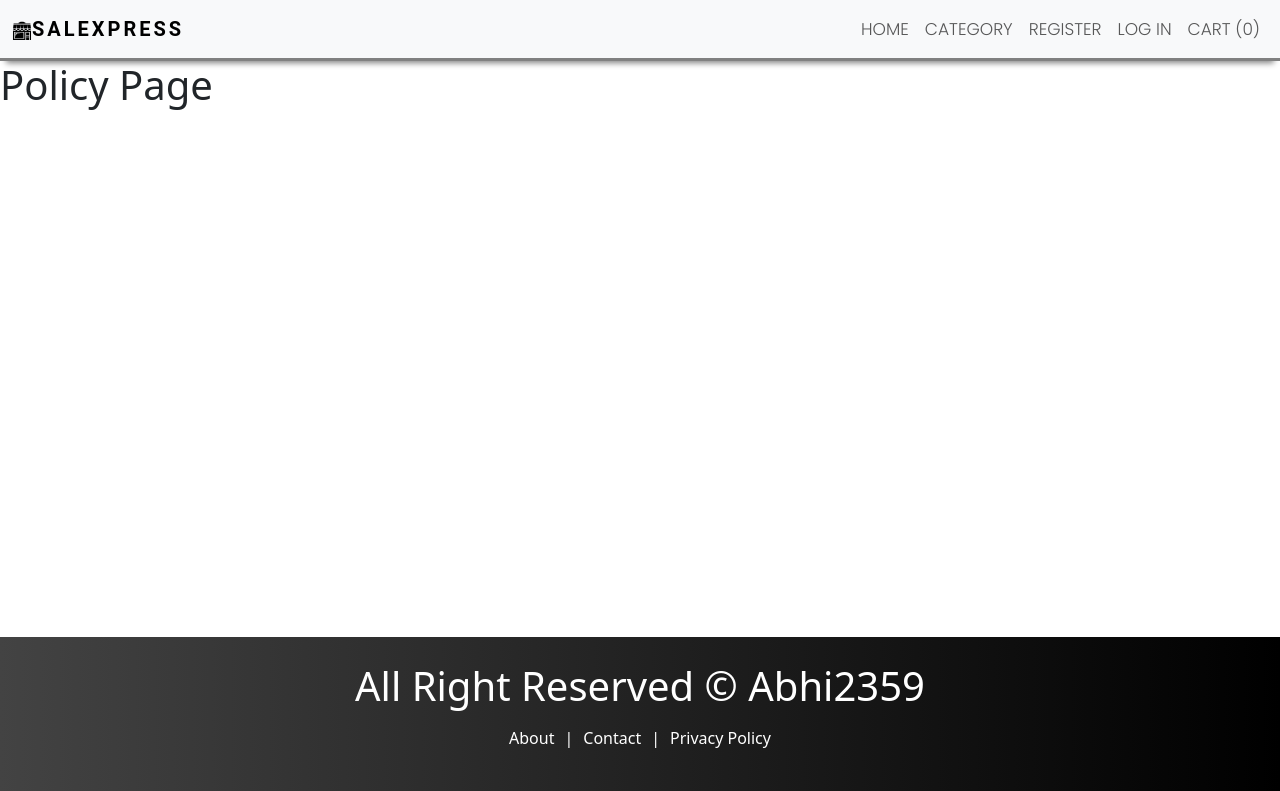
Repository: Abhi2359/SaleXpress
Page: /policy (app in client/)
The author's editor kept a copy of each file at every save. The page is drawn from the files as they stood at one save, then again after the next save.
The browser window is 1280 px wide. The pictures show the whole page.
The project was rebuilt for these pictures with package versions that can differ from the ones it lists, and the page was loaded fresh each time. Also part of the build but not shown: client/vite.config.js, client/src/pages/HomePage.jsx, client/src/pages/About.jsx, client/src/pages/PageNotFound.jsx, client/src/pages/Contact.jsx.

Above is the page before, as saved 2023-05-08 19:41:53.

### client/index.html
<!DOCTYPE html>
<html lang="en">
  <head>
    <meta charset="UTF-8" />
    <link href="https://cdn.jsdelivr.net/npm/bootstrap@5.3.0-alpha3/dist/css/bootstrap.min.css" rel="stylesheet" integrity="sha384-KK94CHFLLe+nY2dmCWGMq91rCGa5gtU4mk92HdvYe+M/SXH301p5ILy+dN9+nJOZ" crossorigin="anonymous">
    <meta name="viewport" content="width=device-width, initial-scale=1.0" />
    <title>SaleXpress</title>
  </head>
  <body>
    <div id="root"></div>
    <script src="https://cdn.jsdelivr.net/npm/bootstrap@5.3.0-alpha3/dist/js/bootstrap.bundle.min.js" integrity="sha384-ENjdO4Dr2bkBIFxQpeoTz1HIcje39Wm4jDKdf19U8gI4ddQ3GYNS7NTKfAdVQSZe" crossorigin="anonymous"></script>
    <script type="module" src="/src/main.jsx"></script>
  </body>
</html>

### client/src/main.jsx
import React from 'react'
import ReactDOM from 'react-dom/client'
import App from './App.jsx'
import './index.css'
import {BrowserRouter} from "react-router-dom"

ReactDOM.createRoot(document.getElementById('root')).render(
  <BrowserRouter>

  <React.StrictMode>
    <App />
  </React.StrictMode>
  </BrowserRouter>
)

### client/src/App.jsx

import {Routes,Route} from "react-router-dom"
import Homepage from "./pages/HomePage"
import About from "./pages/About"
import Policy from "./pages/Policy"
import PageNotFound from "./pages/PageNotFound"
import Contact from "./pages/Contact"
function App() {

  return (
    <>

<Routes>
  <Route path='/' element={<Homepage/>}/>
  <Route path='/about' element={<About/>}/>
  <Route path='/contact' element={<Contact/>}/>
  <Route path='/policy' element={<Policy/>}/>
  <Route path='*' element={<PageNotFound/>}/>

</Routes>


    </>
  )
}

export default App

### client/src/index.css

@import url('https://fonts.googleapis.com/css2?family=Heebo:wght@600&family=Kumbh+Sans:wght@800&family=Playfair+Display:wght@700&family=Poppins:ital,wght@0,300;0,400;0,500;1,300;1,600&display=swap');


*{
    margin: 0;
    padding: 0;
    box-sizing: border-box;
}

/* font-family: 'Poppins', sans-serif; */
/* font-family: 'Playfair Display', serif; */

/* Navbar CSS */

.navbar {
    font-family: "Poppins", sans-serif;
    font-size: 17px;
    line-height: 26px;
    text-transform: uppercase;
    box-shadow: 0 8px 6px -6px gray;
    --webkit-box-shadow: 0 8px 6px -6px gray;
    border-bottom: solid gray !important;
  }

  .nav-link {
    font-weight: 300 !important;
  }

  .active {
    border-bottom: 2px solid black;
  }

  .navbar-brand {
    font-weight: 700;
    font-family: "roboto", sans-serif;
    letter-spacing: 3px;
  }
  /* =============================
  ==========footer============= */

  .footer {
    color: white;
    padding: 25px;
    background: #000000; /* fallback for old browsers */
    background: -webkit-linear-gradient(
      to right,
      #434343,
      #000000
    ); /* Chrome 10-25, Safari 5.1-6 */
    background: linear-gradient(to right, #434343, #000000);
  }

  .footer a {
    text-decoration: none;
    color: white;
    padding: 10px;
  }

  .footer a:hover {
    color: #ffefba;
    border-bottom: 1px solid #ffefba;
  }
  /* =================================
  ======== page not found css ======= */
  .pnf {
    display: flex;
    min-height: 65vh;
    flex-direction: column;
    align-items: center;
    justify-content: center;
  }

  .pnf-title {
    font-size: 100px;
    font-weight: 700;
  }

  .pnf-heading {
    font-weight: normal;
  }

  .pnf-btn {
    color: black;
    border: 1px solid black;
    text-decoration: none;
    padding: 10px;
    margin-top: 10px;
  }
  .pnf-btn:hover {
    background-color: black;
    color: white;
  }
  /* ========================================= */
  /* =========contact us ========= */
  .contactus {
    margin: 0;
    padding: 0;
    height: 70vh;
    display: flex;
    align-items: center;
    justify-content: center;
  }

### client/src/pages/Policy.jsx
import React from 'react'
import Layout from '../components/Layout/Layout'

const Policy = () => {
  return (
<Layout>
    <h1>Policy Page</h1>
</Layout>
  )
}

export default Policy

### client/src/components/Layout/Layout.jsx
import React from 'react'
import Header from './Header'
import Footer from './Footer'

const Layout = ({children}) => {
  return (
    <div>
        <Header/>
        <main style={{minHeight:"80vh"}}>

        {children}
        </main>
        <Footer/>
    </div>
  )
}

export default Layout

### client/src/components/Layout/Header.jsx
import React from "react";
import { NavLink,Link } from "react-router-dom";
import {GiShop} from "react-icons/gi"
const Header = () => {
  return (
    <>
      <nav className="navbar navbar-expand-lg bg-body-tertiary">
        <div className="container-fluid">
          <button
            className="navbar-toggler"
            type="button"
            data-bs-toggle="collapse"
            data-bs-target="#navbarTogglerDemo01"
            aria-controls="navbarTogglerDemo01"
            aria-expanded="false"
            aria-label="Toggle navigation"
          >
            <span className="navbar-toggler-icon"></span>
          </button>
          <div className="collapse navbar-collapse" id="navbarTogglerDemo01">
            <Link to="/" className="navbar-brand">
              <GiShop />SaleXpress
            </Link>
            <ul className="navbar-nav ms-auto mb-2 mb-lg-0">
              <li className="nav-item">
                <NavLink to="/" className="nav-link ">
                  Home
                </NavLink>
              </li>
              <li className="nav-item">
                <NavLink to="/category" className="nav-link">
                  Category
                </NavLink>
              </li>
              <li className="nav-item">
                <NavLink to="/register" className="nav-link">
                  Register
                </NavLink>
              </li>
              <li className="nav-item">
                <NavLink to="/login" className="nav-link">
                  Log In
                </NavLink>
              </li>
              <li className="nav-item">
                <NavLink to="/cart" className="nav-link">
                  {" "}
                  Cart (0)
                </NavLink>
              </li>
            </ul>
          </div>
        </div>
      </nav>
    </>
  );
};

export default Header;

### client/src/components/Layout/Footer.jsx
import React from "react";
import { Link } from "react-router-dom";
const Footer = () => {
  return (
    <div className="footer">
      <h1 className="text-center">All Right Reserved &copy; Abhi2359</h1>
      <p className="text-center mt-3">
        <Link to="/about">About</Link>|<Link to="/contact">Contact</Link>|
        <Link to="/policy">Privacy Policy</Link>
      </p>
    </div>
  );
};

export default Footer;

After the next save:
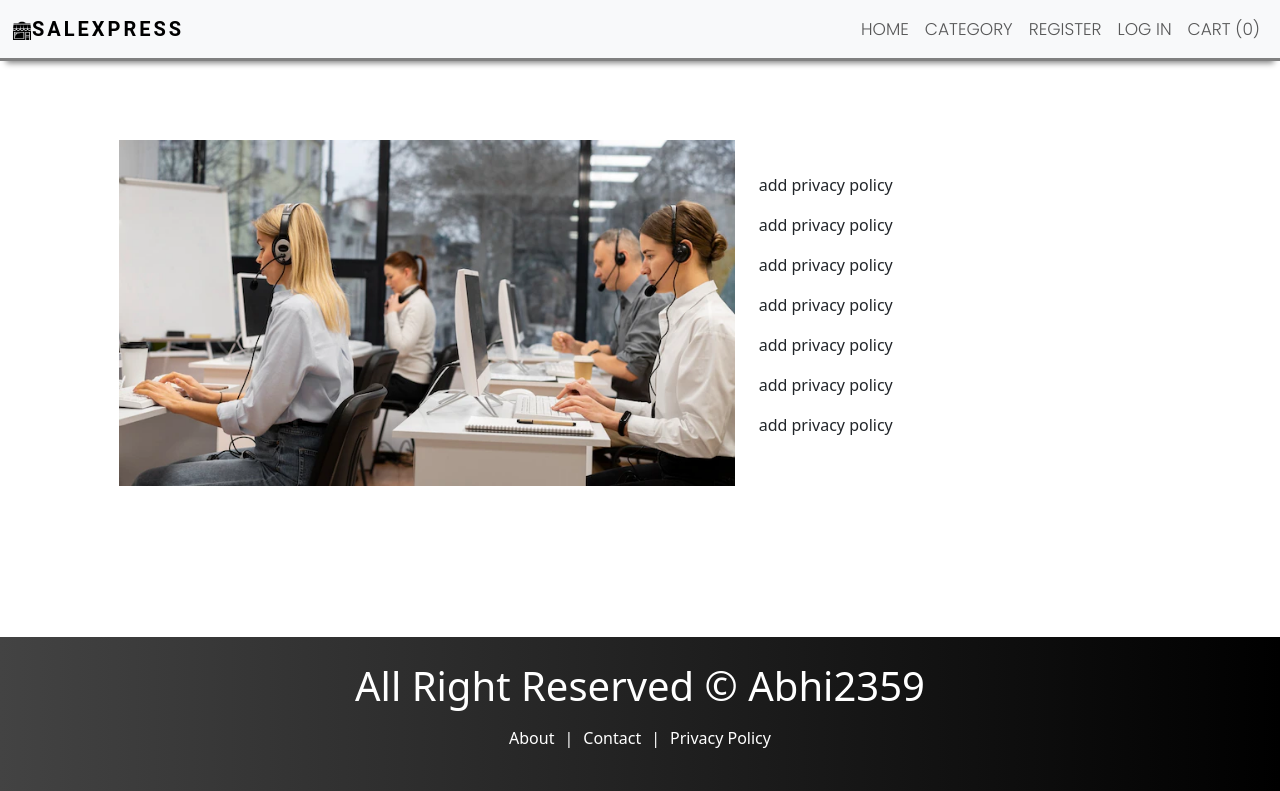
Saved 42 s later.
--- a/client/src/pages/Policy.jsx
+++ b/client/src/pages/Policy.jsx
@@ -1,12 +1,29 @@
-import React from 'react'
-import Layout from '../components/Layout/Layout'
+import React from "react";
+import Layout from "./../components/Layout/Layout";
 
 const Policy = () => {
   return (
-<Layout>
-    <h1>Policy Page</h1>
-</Layout>
-  )
-}
+    <Layout>
+      <div className="row contactus ">
+        <div className="col-md-6 ">
+          <img
+            src="/images/contactus.jpeg"
+            alt="contactus"
+            style={{ width: "100%" }}
+          />
+        </div>
+        <div className="col-md-4">
+          <p>add privacy policy</p>
+          <p>add privacy policy</p>
+          <p>add privacy policy</p>
+          <p>add privacy policy</p>
+          <p>add privacy policy</p>
+          <p>add privacy policy</p>
+          <p>add privacy policy</p>
+        </div>
+      </div>
+    </Layout>
+  );
+};
 
-export default Policy
+export default Policy;
